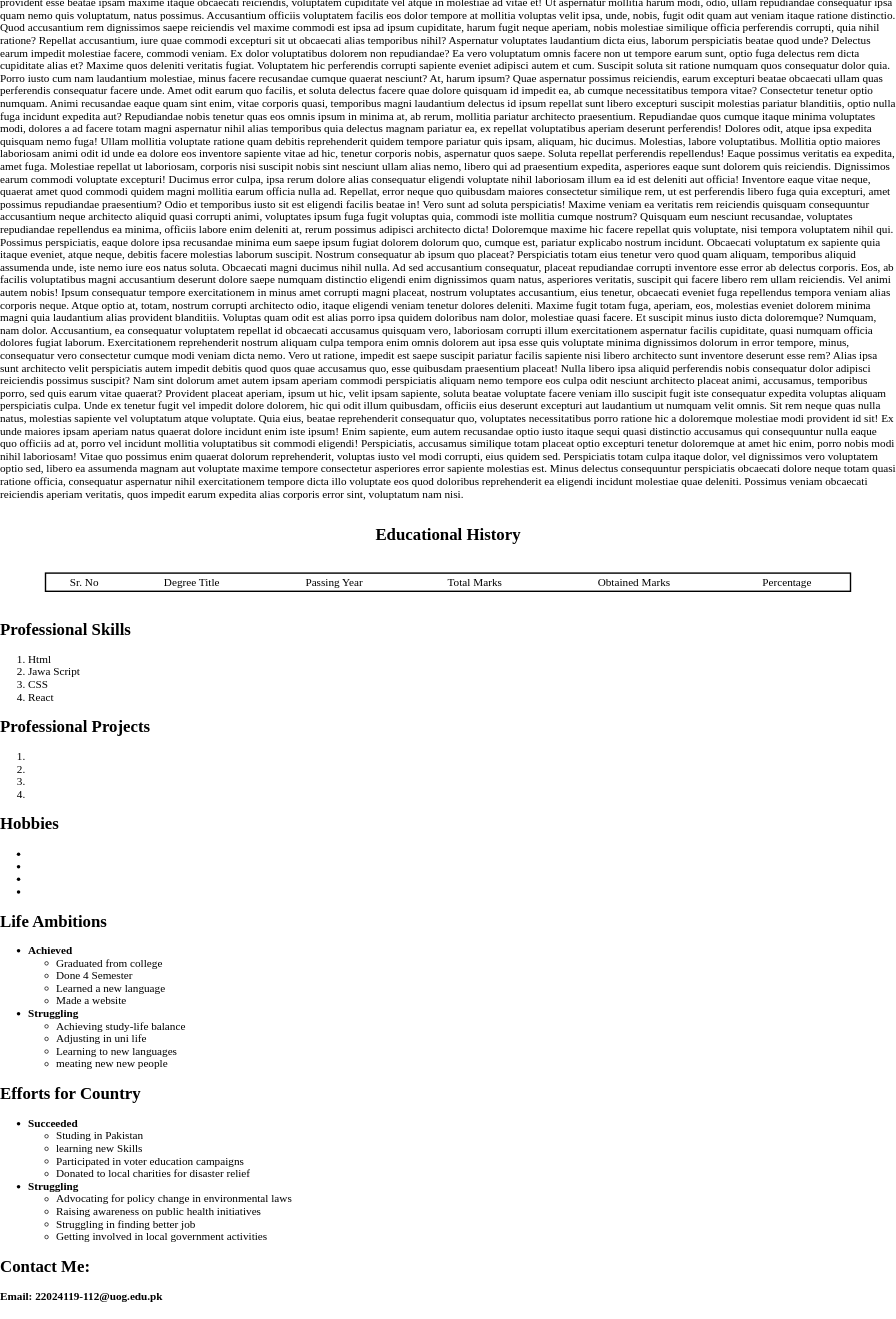
Repository: Fizza-112/project
Page: /
The author's editor kept a copy of each file at every save. The page is drawn from the files as they stood at one save, then again after a run of saves.
The browser window is 1280 px wide. The pictures show the part of the page from y = 3024 to 4944 px (the page is 4908 px tall before and 4944 px after), at 70% of full size.
The project was rebuilt for these pictures with package versions that can differ from the ones it lists, and the page was loaded fresh each time. Also part of the build but not shown: vite.config.ts.

Above is the page before, as saved 2024-09-16 09:26:55.

After the next 13 saves:
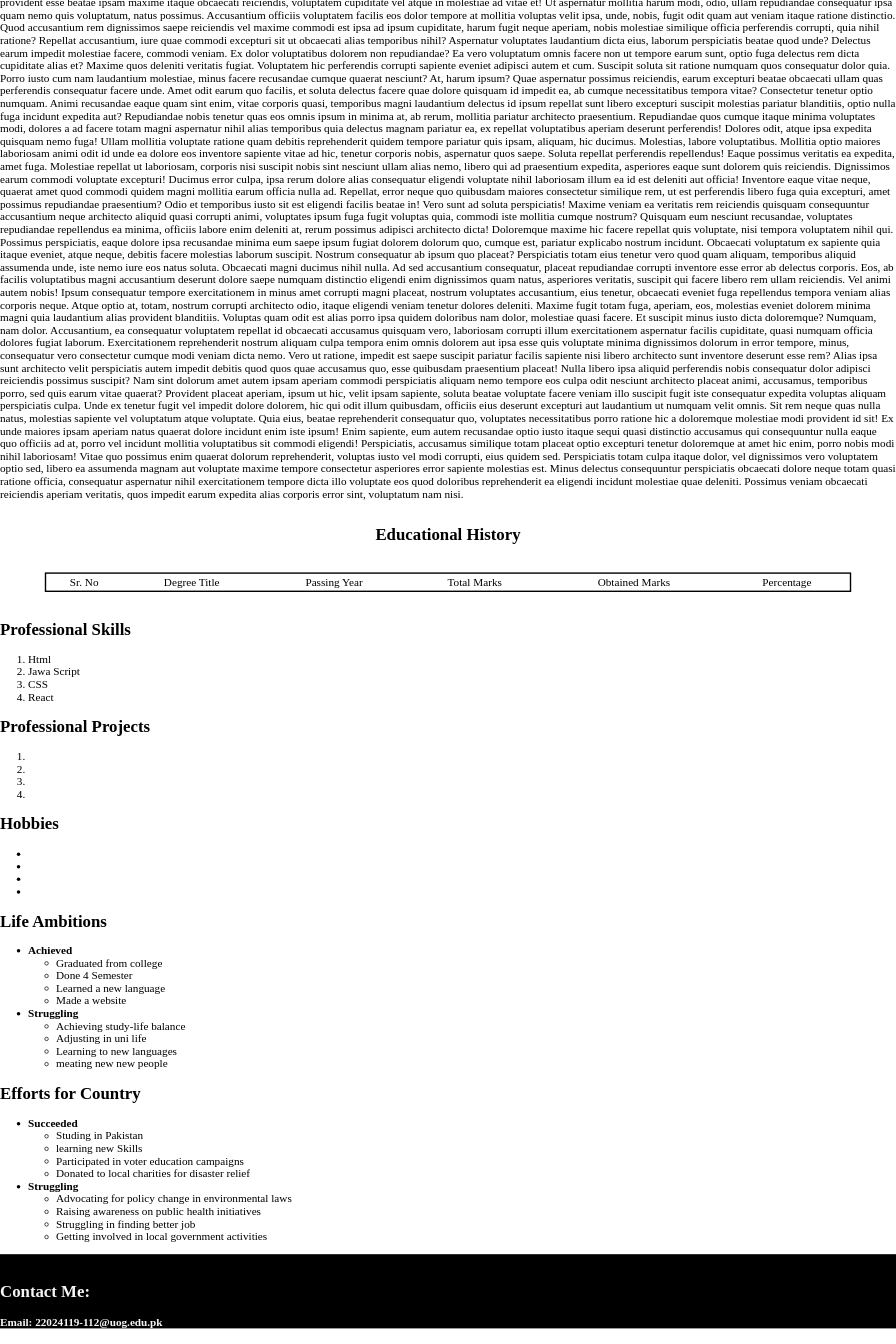
The 13 saves are shown as one change because they came seconds apart.
The last was saved 33 s later.
--- a/src/App.css
+++ b/src/App.css
@@ -57,5 +57,8 @@ table{
   align-items:center;
 }
 #footer{
-  bacl
+  background-color: black;
+  color:whitesmoke;
+  padding-top: 20px;
+  p
 }
